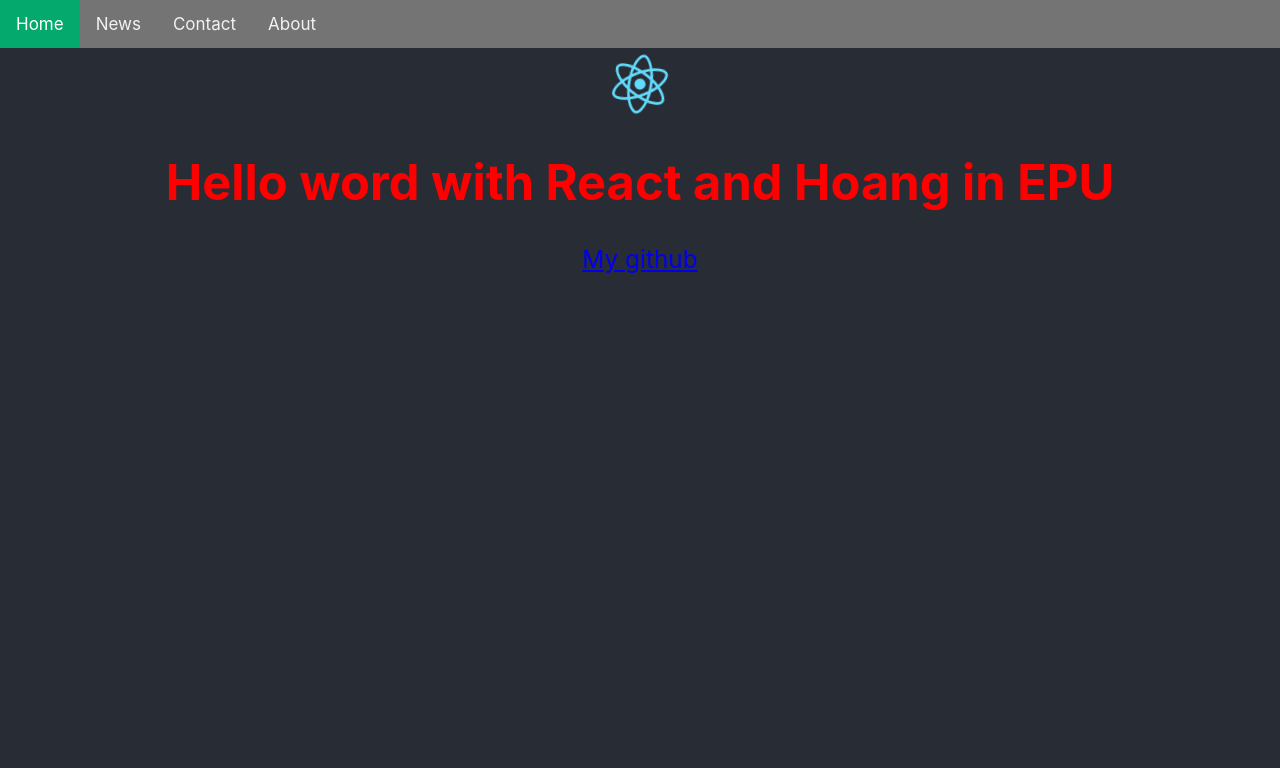
Repository: hoang0508/ReactJsHookBasic
Page: /home
An editor plug-in stored every save of this project. The page is shown before and after the next save, followed by the edit.
The browser window is 1280 px wide. The pictures show the whole page.
The project was rebuilt for these pictures with package versions that can differ from the ones it lists, and the page was loaded fresh each time. Also part of the build but not shown: src/views/Nav.scss.

Above is the page before, as saved 2021-11-08 23:24:53.

After the next save:
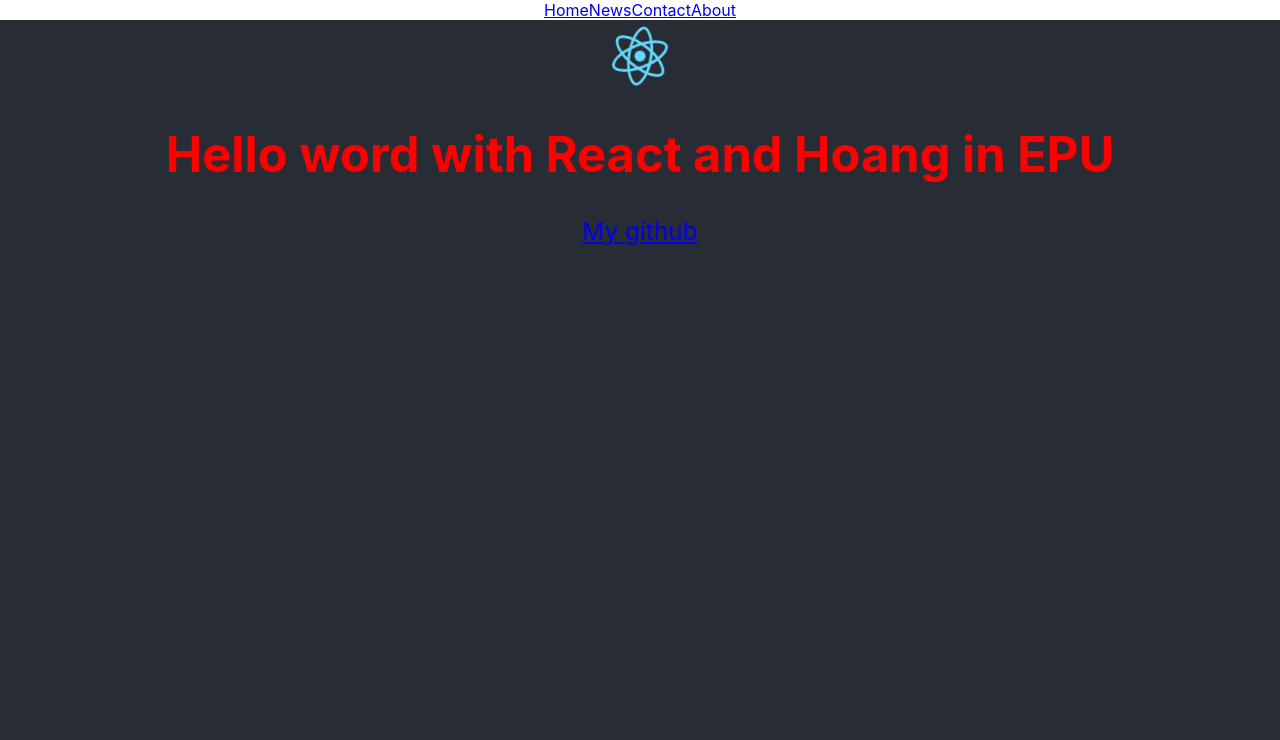
Saved 36 s later.
--- a/src/views/Nav.js
+++ b/src/views/Nav.js
@@ -1,4 +1,4 @@
-import "./Nav.css";
+import "./Nav.scss";
 const Nav = () => {
   return (
     <div className="topnav">
